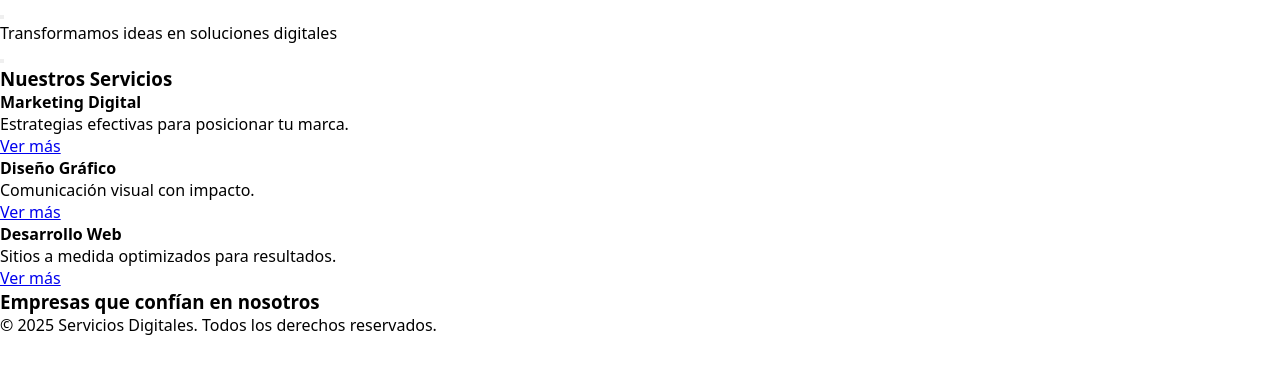
Repository: santinogarrone/TrabajoAgustin
Page: html/index.html
The author's editor kept a copy of each file at every save. The page is drawn from the files as they stood at one save, then again after a run of saves.
The browser window is 1280 px wide. The pictures show the whole page.

Above is the page before, as saved 2025-04-25 18:14:47.

After the next 3 saves:
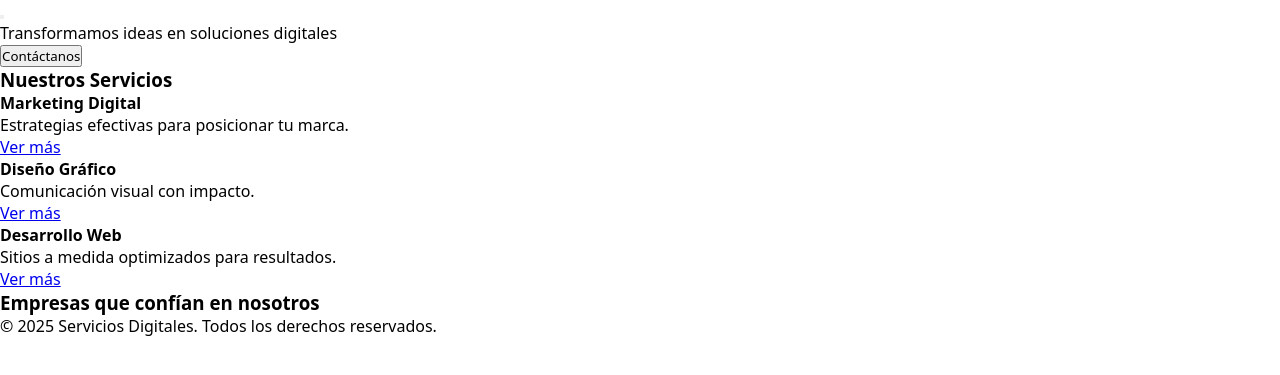
Console error (its wording comes from the project's code and is left out).
The 3 saves are shown as one change because they came seconds apart.
The last was saved 8 s later.
--- a/html/index.html
+++ b/html/index.html
@@ -27,7 +27,7 @@
             <div class="contacto">
                 <p>Transformamos ideas en soluciones digitales</p>
 
-                <button class="boton-contactar"
+                <button class="boton-contactar" onclick="../contacto.html">
                     Contáctanos
                 </button>
             </div>
